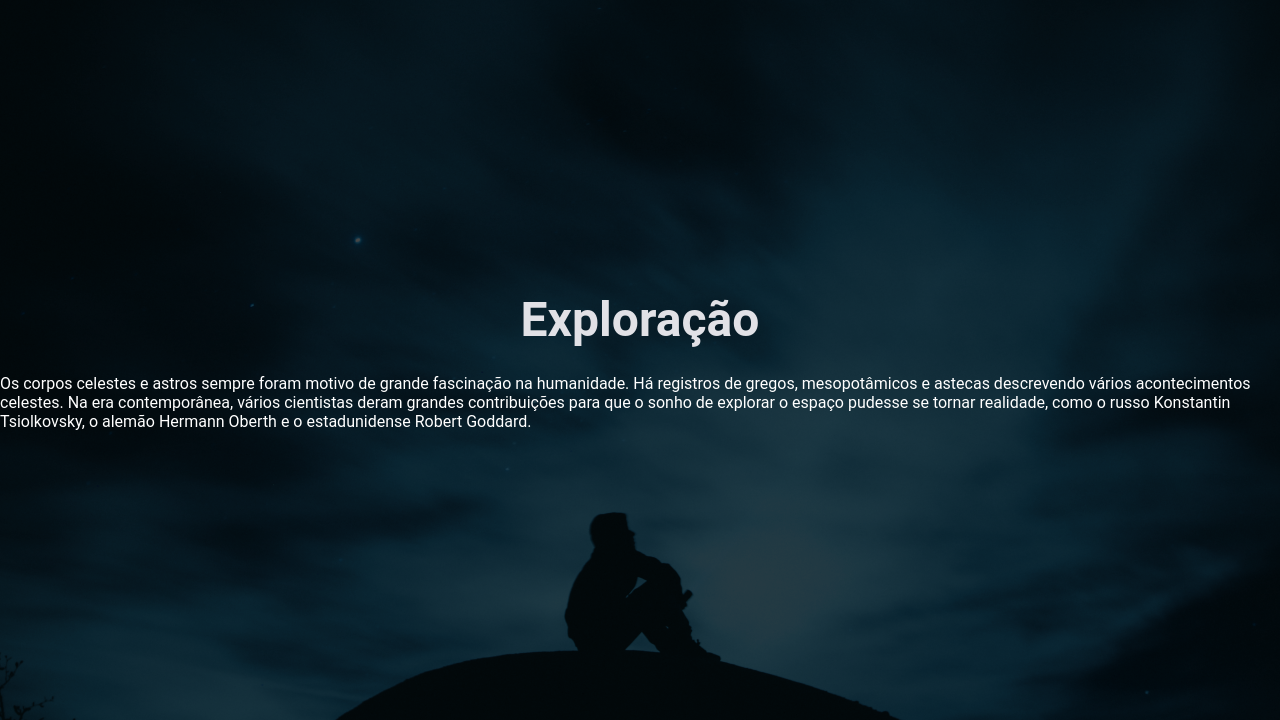
Repository: eltonneiferson/spaUniverse
Page: exploration.html
These files come from the project's save history. The page is drawn as it stood at one moment and after the next save; the edit follows.
The browser window is 1280 px wide. The pictures show the whole page.

Above is the page before, as saved 2022-10-26 23:15:46.

### exploration.html
<head>
    <link rel="stylesheet" href="index.css">
</head>

<main id="exploration">
    <h1>Exploração</h1>
    <p>Os corpos celestes e astros sempre foram motivo de grande fascinação na humanidade. Há registros de gregos, mesopotâmicos e astecas descrevendo vários acontecimentos celestes. Na era contemporânea, vários cientistas deram grandes contribuições para que o sonho de explorar o espaço pudesse se tornar realidade, como o russo Konstantin Tsiolkovsky, o alemão Hermann Oberth e o estadunidense Robert Goddard.</p>
</main>

### index.css
* {
    margin: 0;
    padding: 0;
    box-sizing: border-box;
    text-decoration: none;
}

:root {
    --default-font-color: white;
    --font-color-link: #C4C4CC;
    --font-color-h1: #E1E1E6;
    --font-color-hover-button: #02799D;
    --default-font: 'Roboto', sans-serif;
}

body {
    color: var(--default-font-color);
    font-family: var(--default-font);
    display: grid;
    place-content: center;
}

nav {
    padding: 40px 72px;
    display: flex;
    gap: 2rem;
    align-items: center;
    position: fixed;
}

nav a {
    color: var(--font-color-link);
    line-height: 1.37rem;
    font-size: 1.41rem;
}

nav a:hover {
    color: var(--default-font-color);
    font-weight: bold;
}

main {
    width: 100vw;
    min-height: 100vh;
    background-image: url(bkg1.png);
    background-position: bottom;
    background-size: cover;
    display: grid;
    align-content: center;
    justify-items: center;
    gap: 24px;
}

main h1 {
    color: var(--font-color-h1);
    font-size: 48px;
    line-height: 125%;
}

main button {
    cursor: pointer;
    background: none;
    border: 2px solid var(--default-font-color);
    border-radius: 5px;
    padding: 12px 32px;
    color: var(--default-font-color);
    font-family: 'Roboto';
    font-weight: 700;
    font-size: 14px;
    line-height: 24px;
}

main button:hover {
    background: var(--default-font-color);
    color: var(--font-color-hover-button);
}

/*Estilização universe.html*/

main#universe {
    background-image: url(bkg2.png);
    justify-items: flex-start;
}

main#universe p {
    width: 648px;
    font-weight: 400;
    font-size: 18px;
    line-height: 160%;
}

/*Estilização exploration.html*/

main#exploration {
    background-image: url(bkg3.png);
}

After the next save:
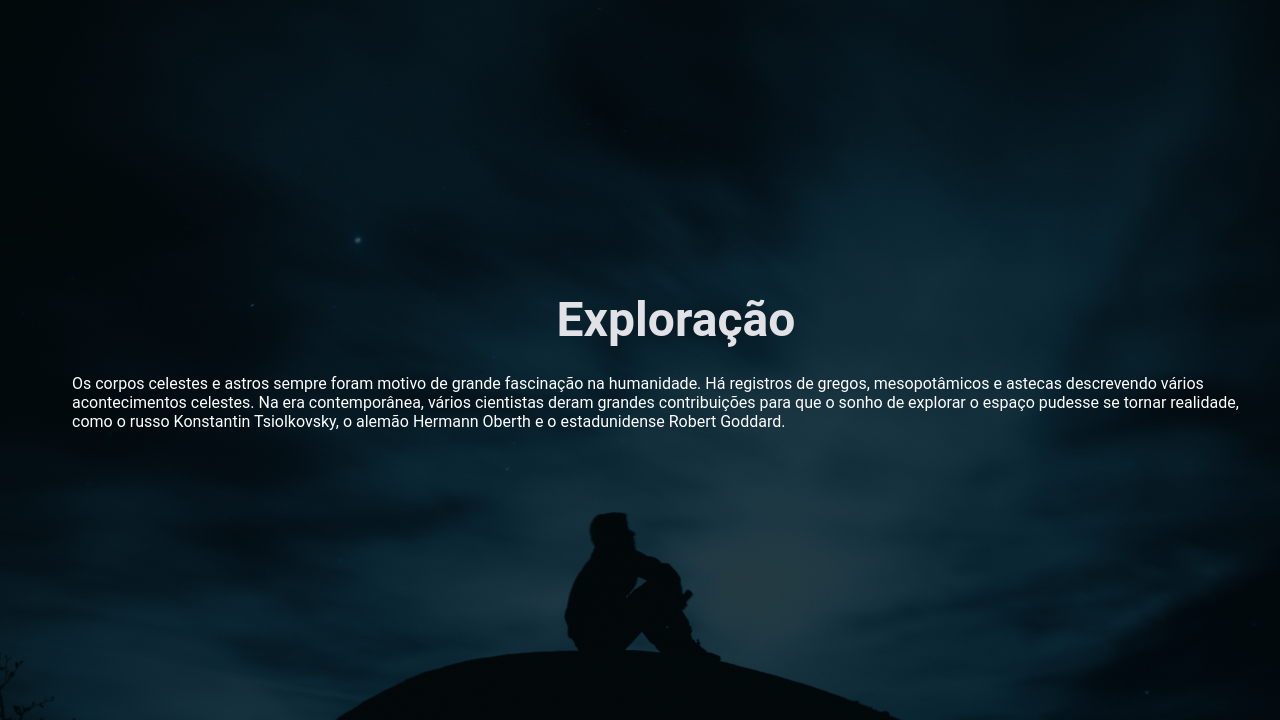
Saved 13 s later.
--- a/index.css
+++ b/index.css
@@ -42,6 +42,7 @@ nav a:hover {
 main {
     width: 100vw;
     min-height: 100vh;
+    padding-left: 72px;
     background-image: url(bkg1.png);
     background-position: bottom;
     background-size: cover;
